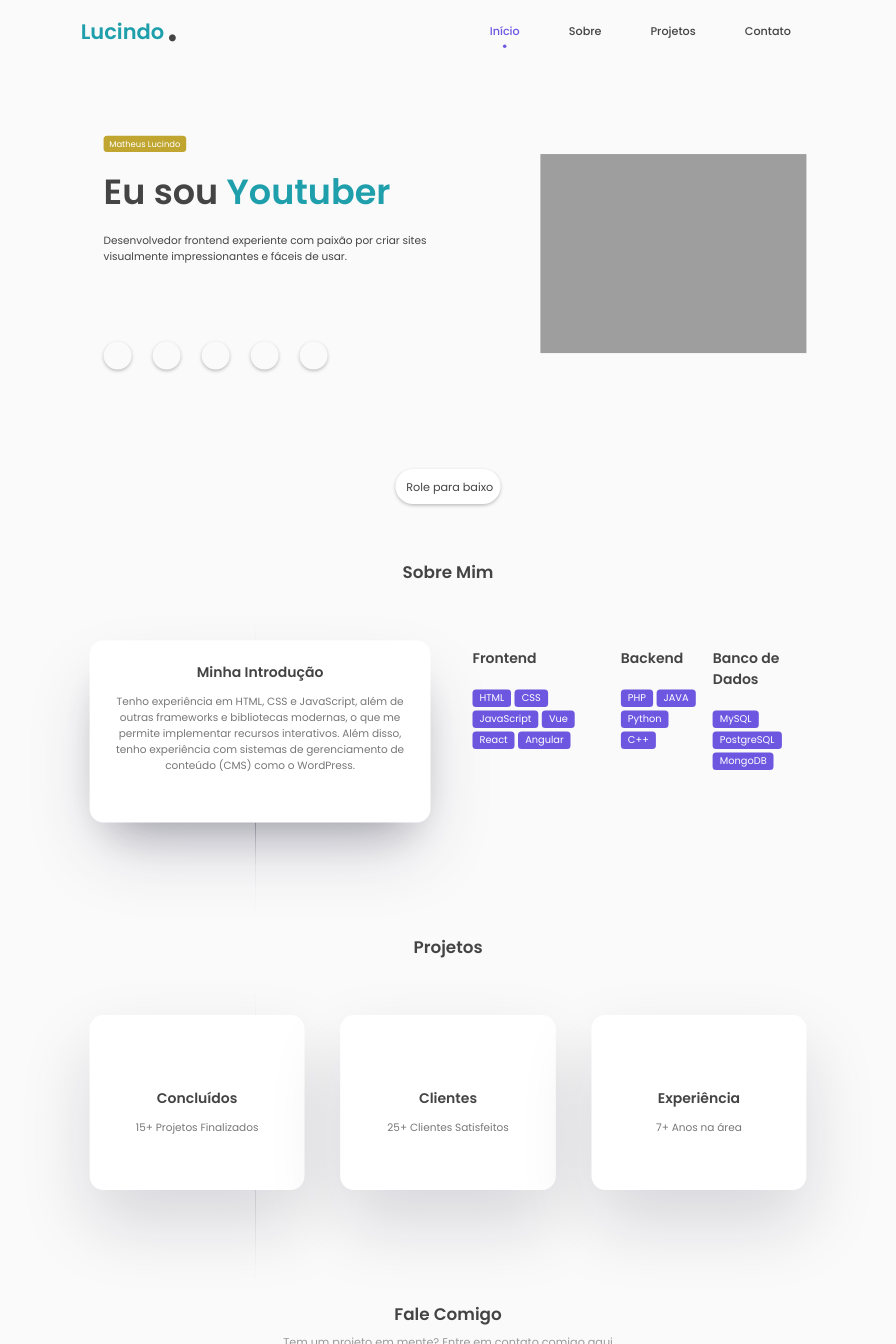
Repository: Matheus904-12/PrePortf
Page: index.html
These files come from the project's save history. The page is drawn as it stood at one moment and after the next save; the edit follows.
The browser window is 1280 px wide. The pictures show the part of the page from y = 0 to 1920 px (the page is 2790 px tall), at 70% of full size.
Pictures or frames that could not be fetched are drawn as grey boxes. Some icons come from a web library that is not loaded, so they are not drawn.

Above is the page before, as saved 2023-09-29 10:51:27.

### index.html
<!DOCTYPE html>
<html lang="pt-br">

<head>
    <meta charset="UTF-8">
    <meta name="viewport" content="width=device-width, initial-scale=1.0">

    <!-- UNICONS -->
    <link rel="stylesheet" href="https://unicons.iconscout.com/release/v4.0.8/css/line.css">
    <!-- CSS -->
    <link rel="stylesheet" href="style.css">
    <!-- Adicionar favicon -->
    <link rel="shortcut icon" href="assets/images/favicon.png" type="image/x-icon">

    <title>Portfólio | Codingdev</title>
</head>

<body>
    <div class="container">
        <!-- --------------- CABEÇALHO --------------- -->
        <nav id="header">
            <div class="nav-logo">
                <p class="nav-name">Lucindo</p>
                <span>.</span>
            </div>
            <div class="nav-menu" id="myNavMenu">
                <ul class="nav_menu_list">
                    <li class="nav_list">
                        <a href="#home" class="nav-link active-link">Início</a>
                        <div class="circle"></div>
                    </li>
                    <li class="nav_list">
                        <a href="#about" class="nav-link">Sobre</a>
                        <div class="circle"></div>
                    </li>
                    <li class="nav_list">
                        <a href="#projects" class="nav-link">Projetos</a>
                        <div class="circle"></div>
                    </li>
                    <li class="nav_list">
                        <a href="#contact" class="nav-link">Contato</a>
                        <div class="circle"></div>
                    </li>
                </ul>
            </div>
            <div class="nav-menu-btn">
                <i class="uil uil-bars" onclick="myMenuFunction()"></i>
            </div>
        </nav>


        <!-- -------------- PRINCIPAL ---------------- -->
        <main class="wrapper">
            <!-- -------------- DESTAQUE ---------------- -->
            <section class="featured-box" id="home">
                <div class="featured-text">
                    <div class="featured-text-card">
                        <span>Matheus Lucindo</span>
                    </div>
                    <div class="featured-name">
                        <p>Eu sou <span class="typedText"></span></p>
                    </div>
                    <div class="featured-text-info">
                        <p>Desenvolvedor frontend experiente com paixão por criar sites visualmente
                            impressionantes e fáceis de usar.
                        </p>
                    </div>

                    <div class="social_icons">
                        <div class="icon"><i class="uil uil-instagram"></i></div>
                        <div class="icon"><i class="uil uil-linkedin-alt"></i></div>
                        <div class="icon"><i class="uil uil-twitter"></i></div>
                        <div class="icon"><i class="uil uil-github-alt"></i></div>
                        <div class="icon"><i class="uil uil-figma"></i></div> <!-- Adicionado ícone do Figma -->
                    </div>
                </div>
                <div class="featured-image">
                    <div class="image">
                        <img src="./perfil.png" alt="avatar">
                    </div>
                </div>
                <div class="scroll-icon-box">
                    <a href="#about" class="scroll-btn">
                        <i class="uil uil-mouse-alt"></i>
                        <p>Role para baixo</p>
                    </a>
                </div>

            </section>
            <!-- -------------- SOBRE ---------------- -->
            <section class="section" id="about">
                <div class="top-header">
                    <h1>Sobre Mim</h1>
                </div>
                <div class="row">
                    <div class="col">
                        <div class="about-info">
                            <h3>Minha Introdução</h3>
                            <p>Tenho experiência em HTML, CSS e JavaScript, além de outras frameworks e bibliotecas
                                modernas, o que me permite implementar recursos interativos. Além disso, tenho
                                experiência com sistemas de gerenciamento de conteúdo (CMS) como o WordPress.
                            </p>
                        </div>
                    </div>
                    <div class="col">
                        <div class="skills-box">
                            <div class="skills-header">
                                <h3>Frontend</h3>
                            </div>
                            <div class="skills-list">
                                <span>HTML</span>
                                <span>CSS</span>
                                <span>JavaScript</span>
                                <span>Vue</span>
                                <span>React</span>
                                <span>Angular</span>
                            </div>
                        </div>
                        <div class="skills-box">
                            <div class="skills-header">
                                <h3>Backend</h3>
                            </div>
                            <div class="skills-list">
                                <span>PHP</span>
                                <span>JAVA</span>
                                <span>Python</span>
                                <span>C++</span>
                            </div>
                        </div>
                        <div class="skills-box">
                            <div class="skills-header">
                                <h3>Banco de Dados</h3>
                            </div>
                            <div class="skills-list">
                                <span>MySQL</span>
                                <span>PostgreSQL</span>
                                <span>MongoDB</span>
                            </div>
                        </div>
                    </div>
                </div>
            </section>

            <!-- -------------- PROJETOS ---------------- -->

            <section class="section" id="projects">
                <div class="top-header">
                    <h1>Projetos</h1>
                </div>
                <div class="project-container">
                    <div class="project-box">
                        <i class="uil uil-briefcase-alt"></i>
                        <h3>Concluídos</h3>
                        <label>15+ Projetos Finalizados</label>
                    </div>
                    <div class="project-box">
                        <i class="uil uil-users-alt"></i>
                        <h3>Clientes</h3>
                        <label>25+ Clientes Satisfeitos</label>
                    </div>
                    <div class="project-box">
                        <i class="uil uil-award"></i>
                        <h3>Experiência</h3>
                        <label>7+ Anos na área</label>
                    </div>
                </div>
            </section>

            <!-- -------------- CONTATO ---------------- -->

            <section class="section" id="contact">
                <div class="top-header">
                    <h1>Fale Comigo</h1>
                    <span>Tem um projeto em mente? Entre em contato comigo aqui</span>
                </div>
                <div class="row">
                    <div class="col">
                        <div class="contact-info">
                            <h2>Me Encontre <i class="uil uil-corner-right-down"></i></h2>
                            <p><i class="uil uil-envelope"></i> Email: joao@doe.com</p>
                            <p><i class="uil uil-phone"></i> +55 11 91234-5678</p>
                        </div>
                    </div>
                    <div class="col">
                        <div class="form-control">
                            <div class="form-inputs">
                                <input type="text" class="input-field" placeholder="Nome">
                                <input type="text" class="input-field" placeholder="Email">
                            </div>
                            <div class="text-area">
                                <textarea placeholder="Mensagem"></textarea>
                            </div>
                            <div class="form-button">
                                <button class="btn">Enviar <i class="uil uil-message"></i></button>
                            </div>
                        </div>
                    </div>
                </div>
            </section>

        </main>


        <!-- --------------- RODAPÉ --------------- -->
        <footer>
            <div class="top-footer">
                <p>João Doe .</p>
            </div>
            <div class="middle-footer">
                <ul class="footer-menu">
                    <li class="footer_menu_list">
                        <a href="#home">Início</a>
                    </li>
                    <li class="footer_menu_list">
                        <a href="#about">Sobre</a>
                    </li>
                    <li class="footer_menu_list">
                        <a href="#projects">Projetos</a>
                    </li>
                    <li class="footer_menu_list">
                        <a href="#contact">Contato</a>
                    </li>
                </ul>
            </div>
            <div class="footer-social-icons">
                <div class="icon"><i class="uil uil-instagram"></i></div>
                <div class="icon"><i class="uil uil-linkedin-alt"></i></div>
                <div class="icon"><i class="uil uil-twitter"></i></div>
                <div class="icon"><i class="uil uil-github-alt"></i></div>
                <div class="icon"><i class="uil uil-figma"></i></div> <!-- Adicionado ícone do Figma -->
            </div>
            <div class="bottom-footer">
                <p>Direitos Autorais &copy; <a href="#home" style="text-decoration: none;">João Doe</a> - Todos os direitos
                    reservados
                </p>
            </div>
        </footer>

    </div>

    <!-- ----- TYPING JS Link ----- -->
    <script src="https://unpkg.com/typed.js@2.0.16/dist/typed.umd.js"></script>

    <!-- ----- SCROLL REVEAL JS Link----- -->
    <script src="https://unpkg.com/scrollreveal"></script>

    <!-- ----- MAIN JS ----- -->
    <script src="./script.js"></script>
</body>

</html>

### style.css
/* ----- POPPINS FONT Link ----- */
@import url('https://fonts.googleapis.com/css2?family=Poppins:wght@400;500;600;700&display=swap');

/* ----- VARIABLES ----- */
:root{
    --body-color: rgb(250, 250, 250);
    --color-white: rgb(255, 255, 255);

    --text-color-second: rgb(68, 68, 68);
    --text-color-third: rgb(30, 159, 171);

    --first-color: rgb(110, 87, 224);
    --first-color-hover: rgb(40, 91, 212);

    --second-color: rgb(110, 87, 224);
    --third-color: rgb(192, 166, 49);
    --first-shadow-color: rgba(0, 0, 0, 0.1);

}

/* ----- BASE ----- */
*{
    margin: 0;
    padding: 0;
    box-sizing: border-box;
    font-family: 'Poppins', sans-serif;
}

/* ----- SMOOTH SCROLL ----- */
html{
    scroll-behavior: smooth;
}

/* ----- CHANGE THE SCROLL BAR DESIGN ----- */
::-webkit-scrollbar{
    width: 10px;
    border-radius: 25px;
}
::-webkit-scrollbar-track{
    background: #f1f1f1;
}
::-webkit-scrollbar-thumb{
    background: #ccc;
    border-radius: 30px;
}
::-webkit-scrollbar-thumb:hover{
    background: #bbb;
}


/* ---##-- REUSABLE CSS --##--- */

/* ----- GLOBAL BUTTON DESIGN ----- */
.btn{
    font-weight: 500;
    padding: 12px 20px;
    background: #efefef;
    border: none;
    border-radius: 10px;
    cursor: pointer;
    transition: .4s;
}
.btn>i{
    margin-left: 10px;
}
.btn:hover{
    background: var(--second-color);
    color: var(--color-white);
}

/* ----- GLOBAL ICONS DESIGN ----- */
i{
    font-size: 16px;
}

/* ------- BASE -------- */
body{
    background: var(--body-color);
}
.container{
    width: 100%;
    position: relative;
    overflow-x: hidden; /* not mandatory */
}

/* ----- NAVIGATION BAR ----- */
nav{
    position: fixed;
    display: flex;
    justify-content: space-between;
    width: 100%;
    height: 90px;
    line-height: 90px;
    background: var(--body-color);
    padding-inline: 9vw;
    transition: .3s;
    z-index: 100;
}
.nav-logo{
   position: relative;
}
.nav-name{
    font-size: 30px;
    font-weight: 600;
    color: var(--text-color-third);
}
.nav-logo span{
    position: absolute;
    top: -15px;
    right: -20px;
    font-size: 5em;
    color: var(--text-color-second);
}
.nav-menu, .nav_menu_list{
    display: flex;
}
.nav-menu .nav_list{
    list-style: none;
    position: relative;
}
.nav-link{
    text-decoration: none;
    color: var(--text-color-second);
    font-weight: 500;
    padding-inline: 15px;
    margin-inline: 20px;
}
.nav-menu-btn{
    display: none;
}
.nav-menu-btn i{
    font-size: 28px;
    cursor: pointer;
}
.active-link{
    position: relative;
    color: var(--first-color);
    transition: .3;
}
.active-link::after{
    content: '';
    position: absolute;
    left: 50%;
    bottom: -15px;
    transform: translate(-50%, -50%);
    width: 5px;
    height: 5px;
    background: var(--first-color);
    border-radius: 50%;
}


/* ----- WRAPPER DESIGN ----- */
.wrapper{
    padding-inline: 10vw;
}

/* ----- FEATURED BOX ----- */
.featured-box{
    position: relative;
    display: flex;
    height: 100vh;
    min-height: 700px;
}

/* ----- FEATURED TEXT BOX ----- */
.featured-text{
    position: relative;
    display: flex;
    justify-content: center;
    align-content: center;
    min-height: 80vh;
    flex-direction: column;
    width: 50%;
    padding-left: 20px;
}
.featured-text-card span{
    background: var(--third-color);
    color: var(--color-white);
    padding: 3px 8px;
    font-size: 12px;
    border-radius: 5px;
}
.featured-name{
    font-size: 50px;
    font-weight: 600;
    color: var(--text-color-second);
    margin-block: 20px;
}
.typedText{
    text-transform: capitalize;
    color: var(--text-color-third);
}
.featured-text-info{
    font-size: 15px;
    margin-bottom: 30px;
    color: var(--text-color-second);
}
.featured-text-btn{
    display: flex;
    gap: 20px;
}
.featured-text-btn>.blue-btn{
    background: var(--first-color);
    color: var(--color-white);
}
.featured-text-btn>.blue-btn:hover{
    background: var(--first-color-hover);
}
.social_icons{
    display: flex;
    margin-top: 5em;
    gap: 30px;
}
.icon{
    display: flex;
    justify-content: center;
    align-items: center;
    width: 40px;
    height: 40px;
    border-radius: 50%;
    box-shadow: 0px 2px 5px 0px rgba(0, 0, 0, 0.25);
    cursor: pointer;
}
.icon:hover{
    color: var(--first-color);
}

/* ----- FEATURED IMAGE BOX ----- */
.featured-image{
    display: flex;
    justify-content: right;
    align-content: center;
    min-height: 80vh;
    width: 50%;
}
.image{
    margin: auto 0;
    width: 380px;
    height: 380px;
    animation: imgFloat 7s ease-in-out infinite;
}
.image img{
    width: 380px;
    height: 380px;
    object-fit: contain;
}
@keyframes imgFloat {
    50%{
        transform: translateY(10px);
    }
}
.scroll-btn{
   position: absolute;
   bottom: 0;
   left: 50%;
   translate: -50%;
   display: flex;
   justify-content: center;
   align-items: center;
   width: 150px;
   height: 50px;
   gap: 5px;
   text-decoration: none;
   color: var(--text-color-second);
   background: var(--color-white);
   border-radius: 30px;
   box-shadow: 0 2px 5px 0 rgba(0, 0, 0, 0.25);
}
.scroll-btn i{
    font-size: 20px;
}

/* ----- MAIN BOX ----- */
.section{
    padding-block: 5em;
}
.row{
    display: flex;
    justify-content: space-between;
    width: 100%;
    gap: 50px;
}
.col{
    display: flex;
    width: 50%;
}

/* -- ## --- RESUABLE CSS -- ## -- */
.top-header{
    text-align: center;
    margin-bottom: 5em;
}
.top-header h1{
    font-weight: 600;
    color: var(--text-color-second);
    margin-bottom: 10px;
}
.top-header span{
    color: #999;
}
h3{
    font-size: 20px;
    font-weight: 600;
    color: var(--text-color-second);
    margin-bottom: 15px;
}

/* ----- ABOUT INFO ----- */
.about-info{
    position: relative;
    display: flex;
    align-items: center;
    flex-direction: column;
    padding-block: 30px 70px;
    padding-inline: 20px;
    width: 100%;
    background: var(--color-white);
    box-shadow: rgba(50, 50, 93, 0.25) 0px 50px 100px -20px, rgba(0, 0, 0, 0.3) 0px 30px 60px -30px;
    border-radius: 20px;
}
.about-info p{
    text-align: center;
    font-size: 15px;
    color: #777;
}
.about-btn button{
    position: absolute;
    right: 20px;
    bottom: 20px;
    background: var(--first-color);
    color: var(--color-white);
    border-radius: 30px;
}
.about-btn button:hover{
    background: var(--first-color-hover);
}

/* ----- ABOUT / SKILLS BOX ----- */
.skills-box{
    margin: 10px;
}
.skills-header{
    margin-bottom: 30px;
}
.skills-list{
    display: flex;
    flex-wrap: wrap;
    gap: 5px;
}
.skills-list span{
    font-size: 14px;
    background: var(--first-color);
    color: var(--color-white);
    padding: 2px 10px;
    border-radius: 5px;
}

/* ----- PROJECTS BOX ----- */
.project-container{
    display: flex;
    width: 100%;
    justify-content: space-between;
    gap: 20px;
    flex-wrap: wrap;
}
.project-box{
    position: relative;
    display: flex;
    justify-content: center;
    align-items: center;
    flex-direction: column;
    width: 30%;
    height: 250px;
    background: var(--color-white);
    border-radius: 20px;
    box-shadow: rgba(17, 12, 46, 0.15) 0px 48px 100px 0px;
    overflow: hidden;
}
.project-box>i{
    font-size: 50px;
    color: #00B5E7;
    margin-bottom: 25px;
}
.project-box label{
    font-size: 15px;
    color: #777;
}
.project-box::after, .contact-info::after{
    content: "";
    position: absolute;
    bottom: -100%;
    background: var(--second-color);
    width: 100%;
    height: 100%;
    transition: .4s;
    z-index: 1;
}
.project-box:hover.project-box::after,
.contact-info:hover.contact-info::after{
    bottom: 0;
}
.project-box:hover.project-box i,
.project-box:hover.project-box>h3,
.project-box:hover.project-box>label{
    color: var(--color-white);
    z-index: 2;
}

/* ----- CONTACT BOX ----- */
.contact-info{
    position: relative;
    display: flex;
    flex-direction: column;
    justify-content: center;
    align-items: center;
    padding: 20px 30px;
    width: 100%;
    height: 315px;
    background: var(--second-color);
    border-radius: 10px;
    box-shadow: 1px 8px 10px 2px var(--first-shadow-color);
    overflow: hidden;
}
.contact-info>h2{
    color: var(--color-white);
    margin-bottom: 20px;
}
.contact-info>p{
    display: flex;
    align-items: center;
    gap: 10px;
    color: var(--color-white);
    margin-block: 5px;
}
.contact-info p>i{
    font-size: 18px;
}
.contact-info::after{
    background: var(--color-white);
}
.contact-info:hover.contact-info h2,
.contact-info:hover.contact-info p,
.contact-info:hover.contact-info i{
    color: #777;
    z-index: 2;
}

/* ----- CONTACT FORM ----- */
.form-control{
    display: flex;
    flex-direction: column;
    gap: 10px;
    width: 100%;
}
.form-inputs{
    display: flex;
    gap: 10px;
    width: 100%;
}
.input-field{
    width: 50%;
    height: 55px;
    background: transparent;
    border: 2px solid #AAA;
    border-radius: 10px;
    padding-inline: 20px;
    outline: none;
}
textarea{
    width: 100%;
    height: 250px;
    background: transparent;
    border: 2px solid #AAA;
    border-radius: 10px;
    padding: 15px 20px;
    outline: none;
    resize: none;
}
.form-button>.btn{
    display: flex;
    align-items: center;
    justify-content: center;
    background: var(--second-color);
    color: var(--color-white);
}
.form-button>.btn:hover{
    background: #00B5E7;
}
.form-button i{
    font-size: 18px;
    rotate: -45deg;
}

/* ----- FOOTER BOX ----- */
footer{
    display: flex;
    justify-content: center;
    align-items: center;
    flex-direction: column;
    row-gap: 30px;
    background: #F8F8F8;
    padding-block: 40px 60px;
}
.top-footer p{
    font-size: 25px;
    font-weight: 600;
}
.middle-footer .footer-menu{
    display: flex;
}
.footer_menu_list{
    list-style: none;
}
.footer_menu_list a{
    text-decoration: none;
    color: var(--text-color-second);
    font-weight: 500;
    margin-inline: 20px;
}
.footer-social-icons{
    display: flex;
    gap: 30px;
}
.bottom-footer{
    font-size: 14px;
    margin-top: 10px;
}


/* ----- MEDIA QUERY == 1024px / RESPONSIVE ----- */
@media only screen and (max-width: 1024px){
    .featured-text{
        padding: 0;
    }
    .image, .image img{
        width: 320px;
        height: 320px;
    }
}

/* ----- MEDIA QUERY == 900px / RESPONSIVE ----- */
@media only screen and (max-width: 900px) {
    .nav-button{
        display: none;
    }
    .nav-menu.responsive{
        left: 0;
    }
    .nav-menu{
        position: fixed;
        top: 80px;
        left: -100%;
        flex-direction: column;
        justify-content: center;
        align-items: center;
        background: rgba(255, 255, 255, 0.7);
        backdrop-filter: blur(20px);
        width: 100%;
        min-height: 450px;
        height: 90vh;
        transition: .3s;
    }
    .nav_menu_list{
        flex-direction: column;
    }
    .nav-menu-btn{
        display: flex;
        align-items: center;
        justify-content: center;
    }
    .featured-box{
        flex-direction: column;
        justify-content: center;
        height: 100vh;
    }
    .featured-text{
        width: 100%;
        order: 2;
        justify-content: center;
        align-content: flex-start;
        min-height: 60vh;
    }
    .social_icons{
        margin-top: 2em;
    }
    .featured-image{
        order: 1;
        justify-content: center;
        min-height: 150px;
        width: 100%;
        margin-top: 65px;
    }
    .image, .image img{
        width: 150px;
        height: 150px;
    }
    .row{
        display: flex;
        flex-direction: column;
        justify-content: center;
        gap: 50px;
    }
    .col{
        display: flex;
        justify-content: center;
        width: 100%;
    }
    .about-info, .contact-info{
        width: 100%;
    }
    .project-container{
        justify-content: center;
    }
    .project-box{
        width: 80%;
    }

}

/* ----- MEDIA QUERY == 540px / RESPONSIVE ----- */

@media only screen and (max-width: 540px){
    .featured-name{
        font-size: 40px;
    }
    .project-box{
        width: 100%;
    }
    .form-inputs{
        flex-direction: column;
    }
    .input-field{
        width: 100%;
    }
}

Loaded but not shown: script.js (117 lines, source omitted)

After the next save:
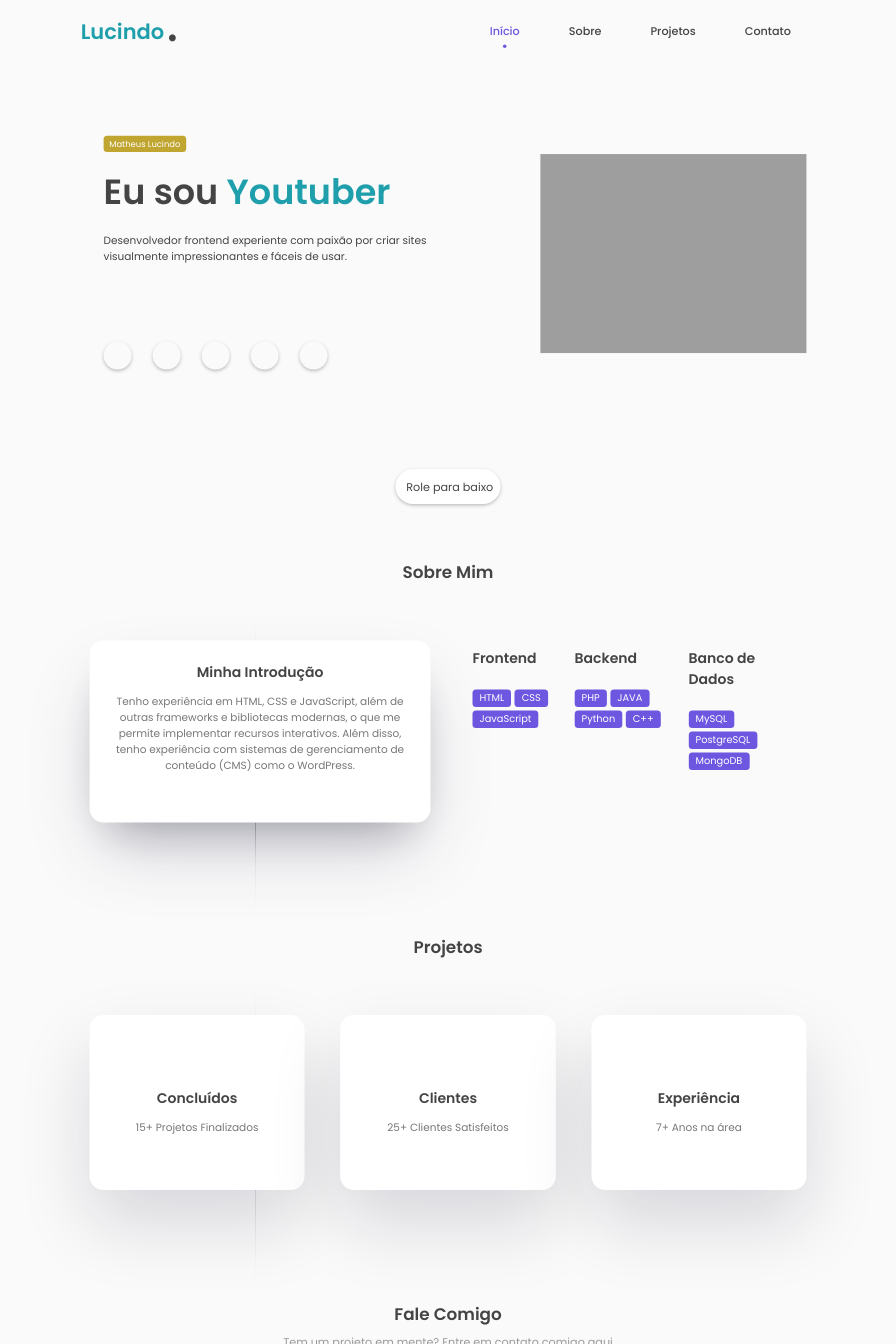
Saved 7 s later.
--- a/index.html
+++ b/index.html
@@ -111,9 +111,6 @@
                                 <span>HTML</span>
                                 <span>CSS</span>
                                 <span>JavaScript</span>
-                                <span>Vue</span>
-                                <span>React</span>
-                                <span>Angular</span>
                             </div>
                         </div>
                         <div class="skills-box">
